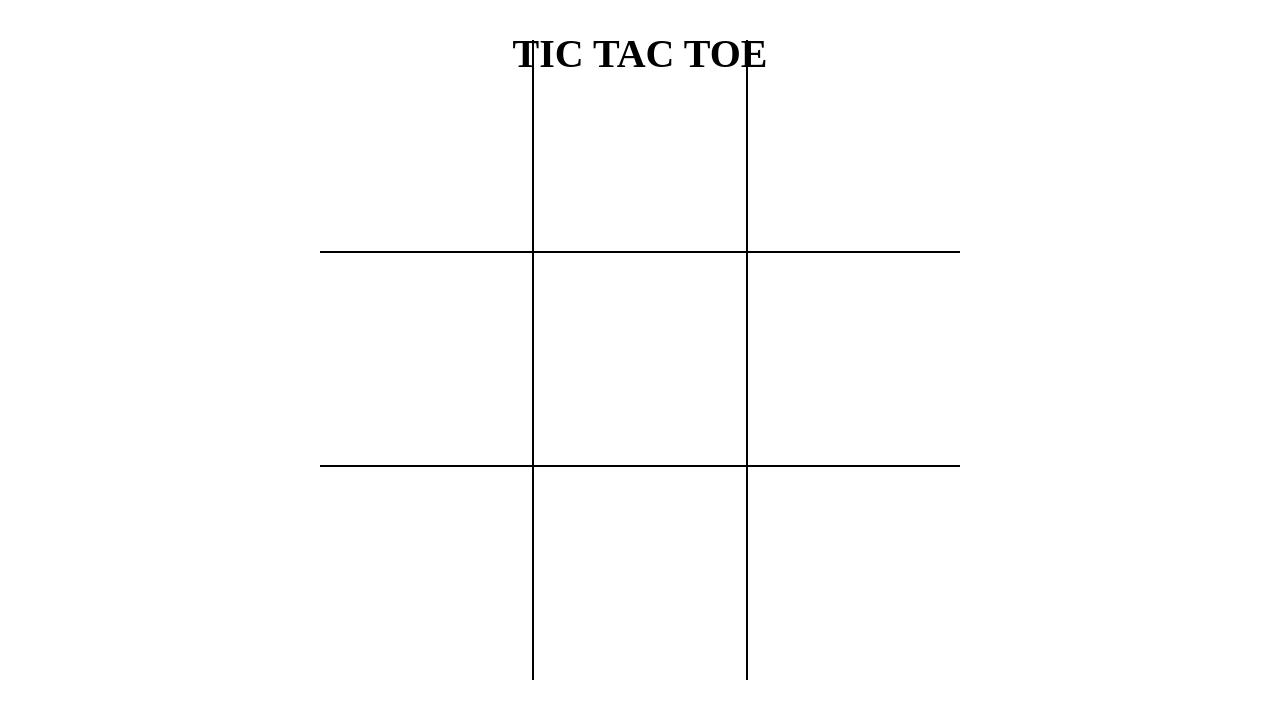
Repository: baumanmilosz/tictactoe
Page: index.html
The author's editor kept a copy of each file at every save. The page is drawn from the files as they stood at one save, then again after the next save.
The browser window is 1280 px wide. The pictures show the whole page.

Above is the page before, as saved 2019-02-21 16:52:48.

After the next save:
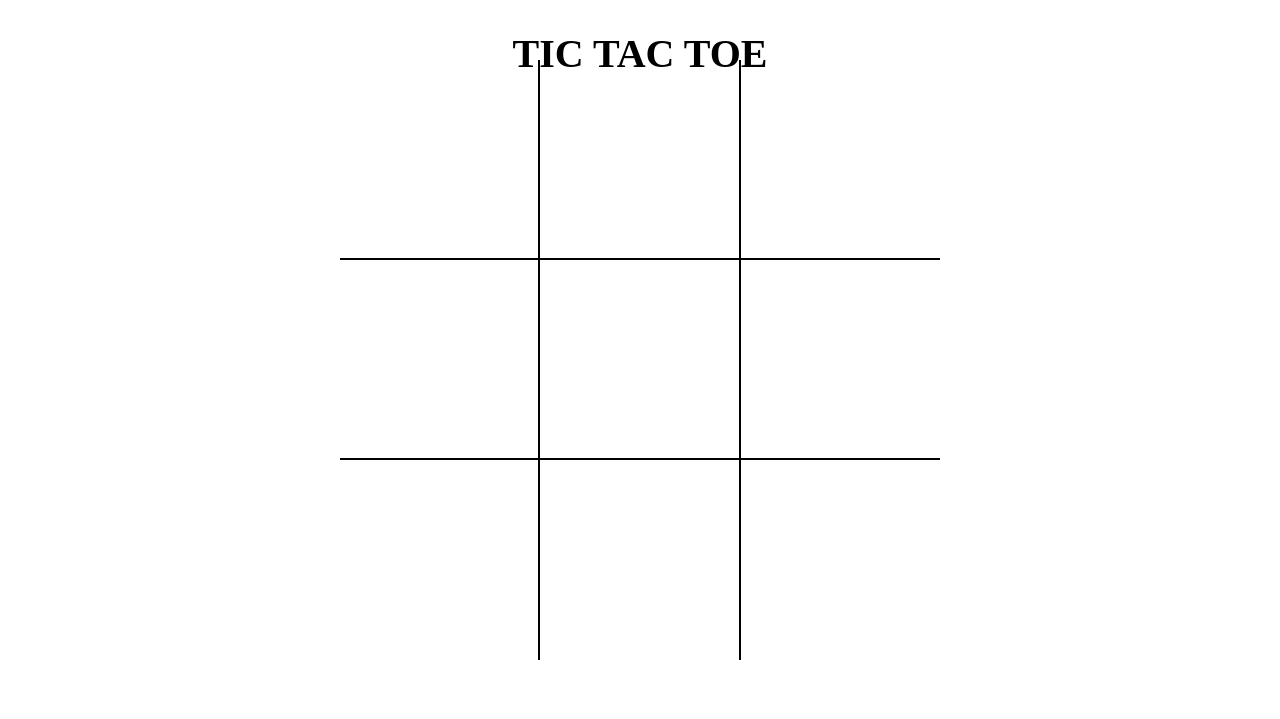
Saved 10 s later.
--- a/style.css
+++ b/style.css
@@ -34,8 +34,8 @@ body {
   transform: translate(-50%, -50%);
   width: 50vw;
   height: 50vw;
-  max-width: 700px;
-  max-height: 700px;
+  max-width: 600px;
+  max-height: 600px;
 }
 
 .row {
